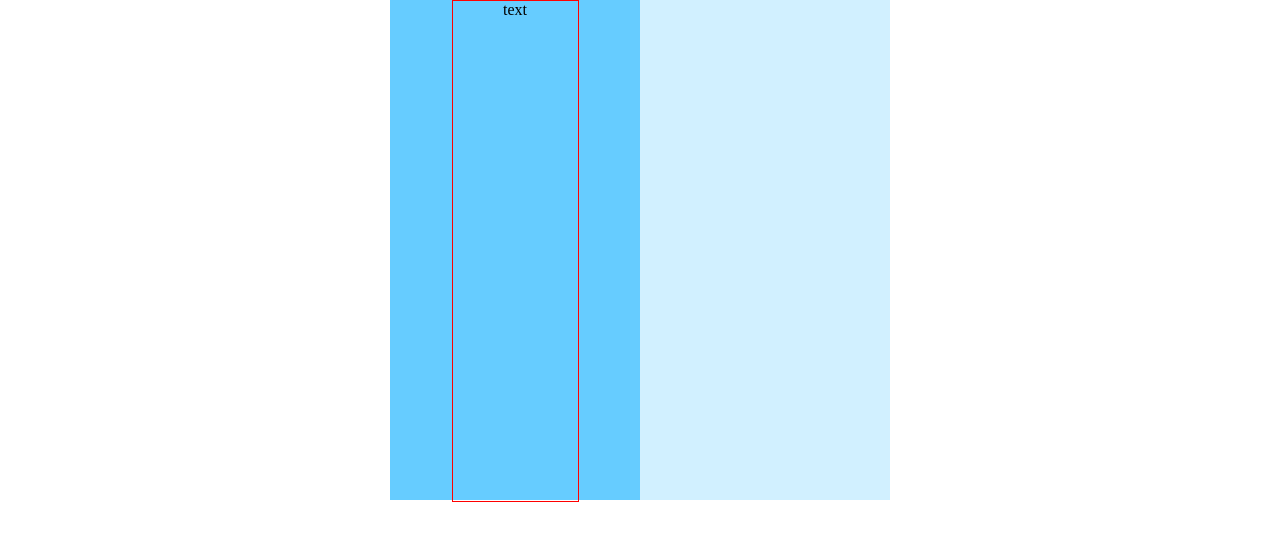
Repository: Evilleon/lyc
Page: train-demo/RedLineStart.html
An editor plug-in stored every save of this project. The page is shown before and after the next save, followed by the edit.
The browser window is 1280 px wide. The pictures show the whole page.

Above is the page before, as saved 2022-08-01 17:17:38.

After the next save:
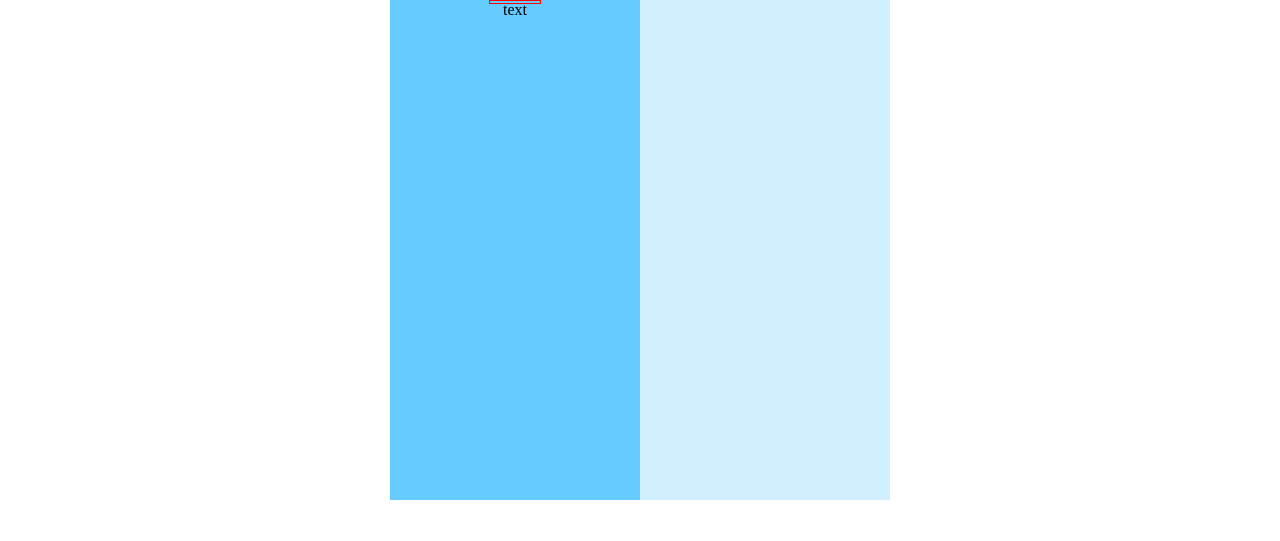
Saved 42 s later.
--- a/train-demo/RedLineStart.html
+++ b/train-demo/RedLineStart.html
@@ -18,15 +18,19 @@
             height: 500px;
             margin: 0 auto;
         }
-        .whole div{
+        /* .whole div{
             width: 50%;
             height: 100%;
-        }
+        } */
         .board{
+            width: 50%;
+            height: 100%;
             background-color: #66ccff;
             float: left;
         }
         .code{
+            width: 50%;
+            height: 100%;
             background-color: #d1f0ff;
             float: right;
         }
